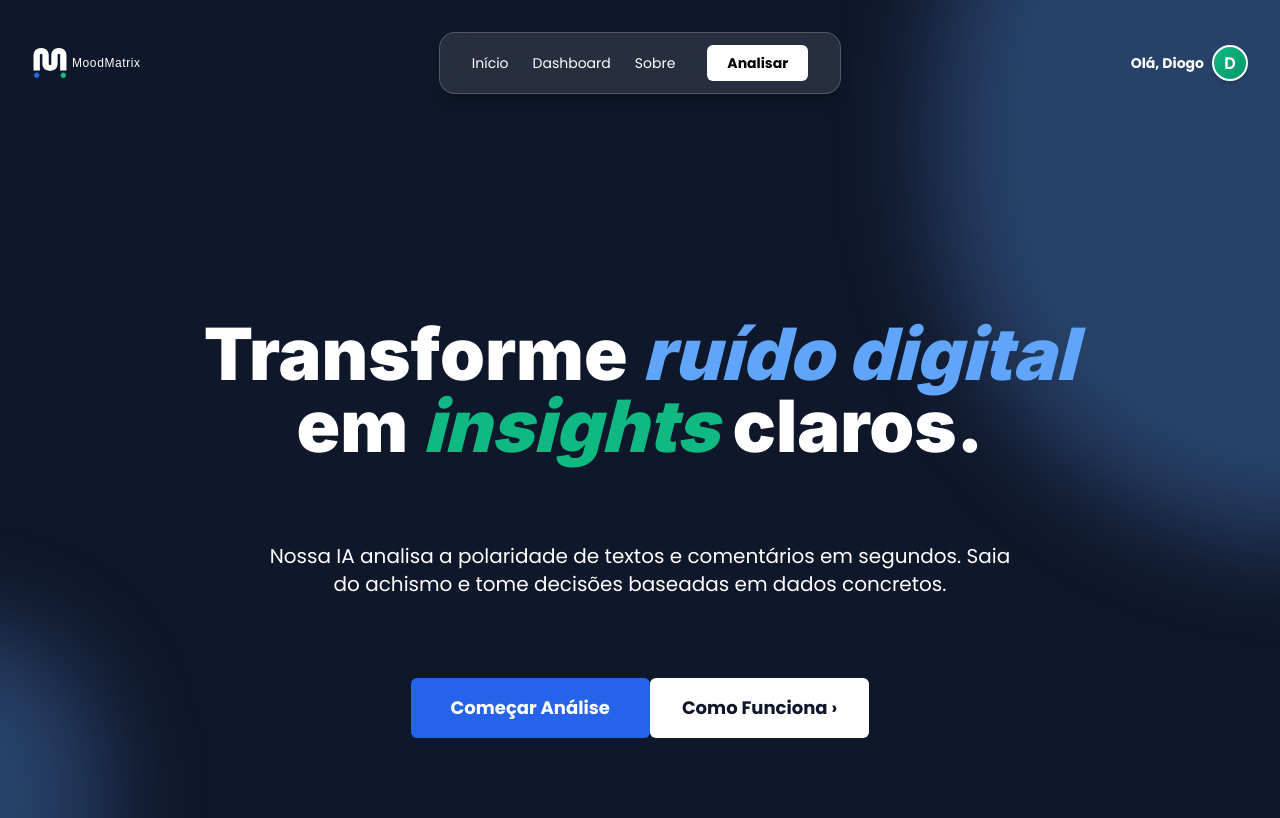
Repository: Hackaton-ONE/hackathon-Frontend
Page: /
These files come from the project's save history. The page is drawn as it stood at one moment and after the next save; the edit follows.
The browser window is 1280 px wide. The pictures show the whole page.
An inner scrolling area shows only its first screen. Some web fonts or font styles are not loaded; a fallback is used. The project was rebuilt for these pictures with package versions that can differ from the ones it lists, and the page was loaded fresh each time. The framework's server and built-in components were replaced by stand-ins that run in the browser. Also part of the build but not shown: next.config.ts.

Above is the page before, as saved 2026-01-02 13:24:14.

After the next save:
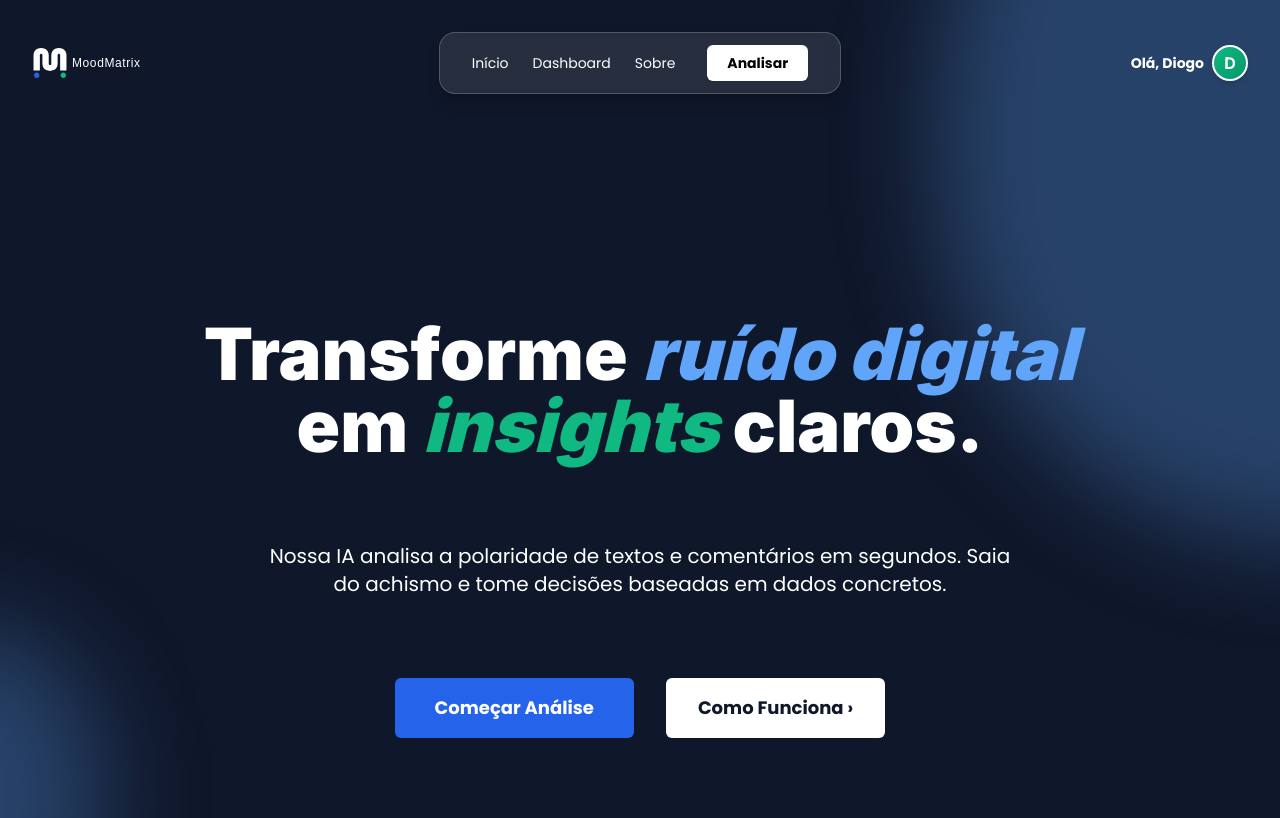
Saved 4 s later.
--- a/components/HeroSection.tsx
+++ b/components/HeroSection.tsx
@@ -69,7 +69,7 @@ export function HeroSection() {
         </p>
 
         {/* BOTÕES DE AÇÃO (CTA) */}
-        <div className="flex flex-col sm:flex-row gap2xl:gap-10 w-full sm:w-auto">
+        <div className="flex flex-col sm:flex-row gap-8 2xl:gap-10 w-full sm:w-auto">
           <Link href="/analisar">
             <Button variant="primary" className="w-full sm:w-auto text-lg px-8 lg:px-10 py-4 bg-blue-default hover:bg-neon-green font-poppins">
               Começar Análise
